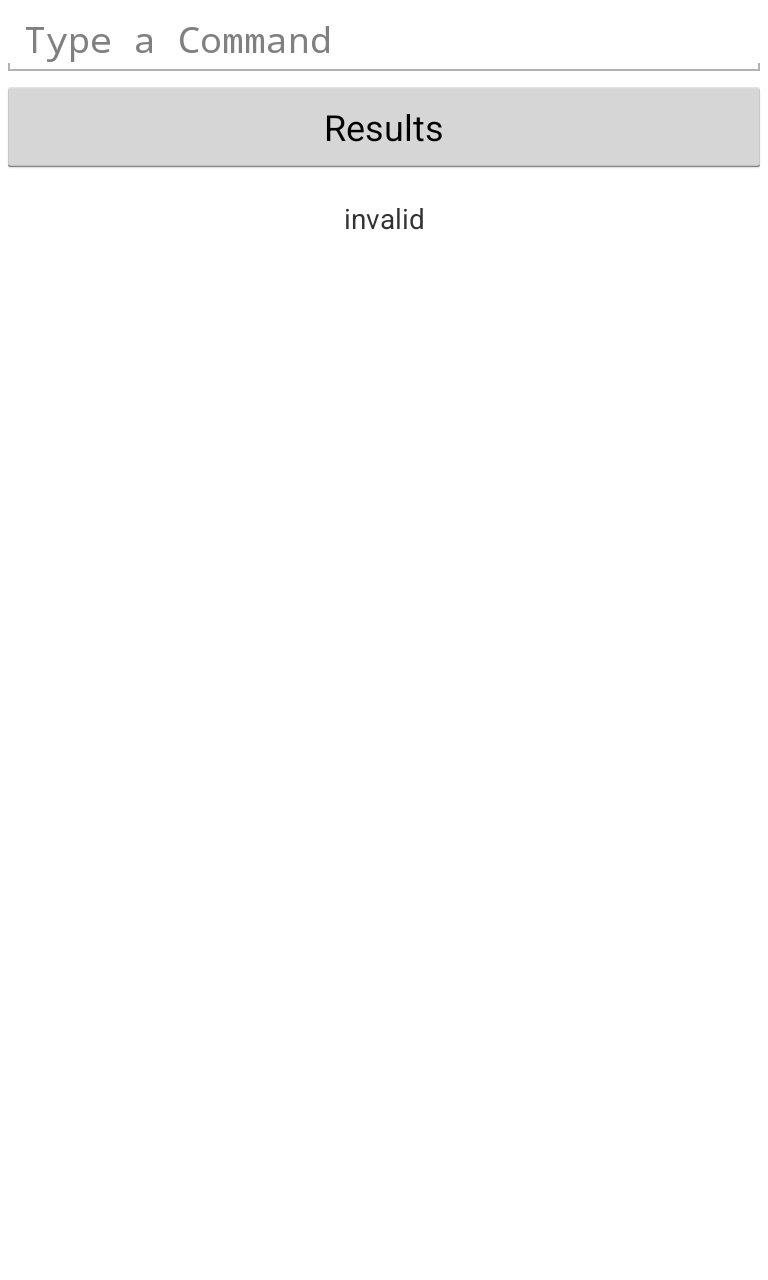
Repository: lcbasu/android
Layout: adt/TheNewBoston/res/layout/text.xml
These files come from the project's save history. The layout is drawn as it stood at one moment and after the next save; the edit follows.
It is drawn on a 768 x 1280 px phone screen (xhdpi) without system bars, with theme AppTheme; the app's code is not run.

Above is the layout before, as saved 2014-05-19 06:00:46.

After the next save:
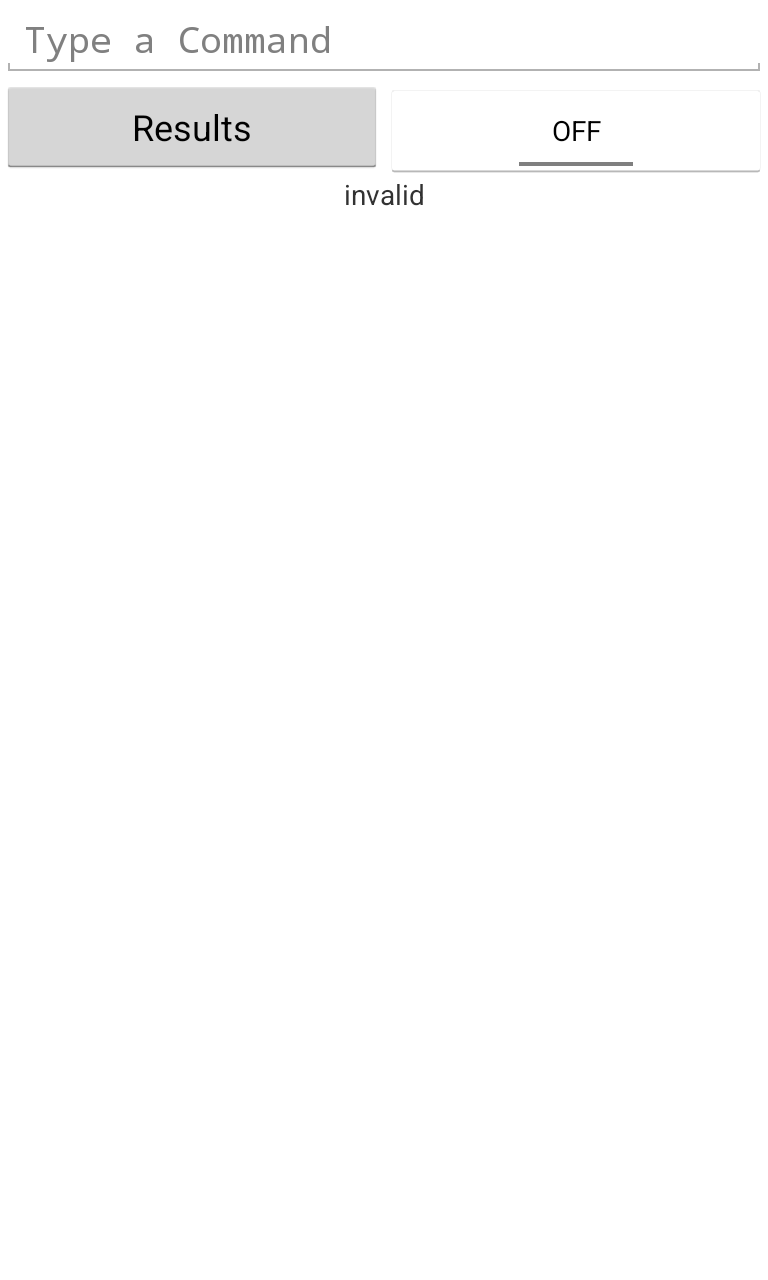
Saved 59 s later.
--- a/adt/TheNewBoston/res/layout/text.xml
+++ b/adt/TheNewBoston/res/layout/text.xml
@@ -19,6 +19,7 @@
 
         <Button
             android:id="@+id/bResults"
+            android:layout_weight="50"
             android:layout_width="fill_parent"
             android:layout_height="wrap_content"
             android:gravity="center"
@@ -26,6 +27,7 @@
 
         <ToggleButton
             android:id="@+id/tgBt"
+            android:layout_weight="50"
             android:layout_width="fill_parent"
             android:layout_height="wrap_content"
             android:text="ToggleButton" />
